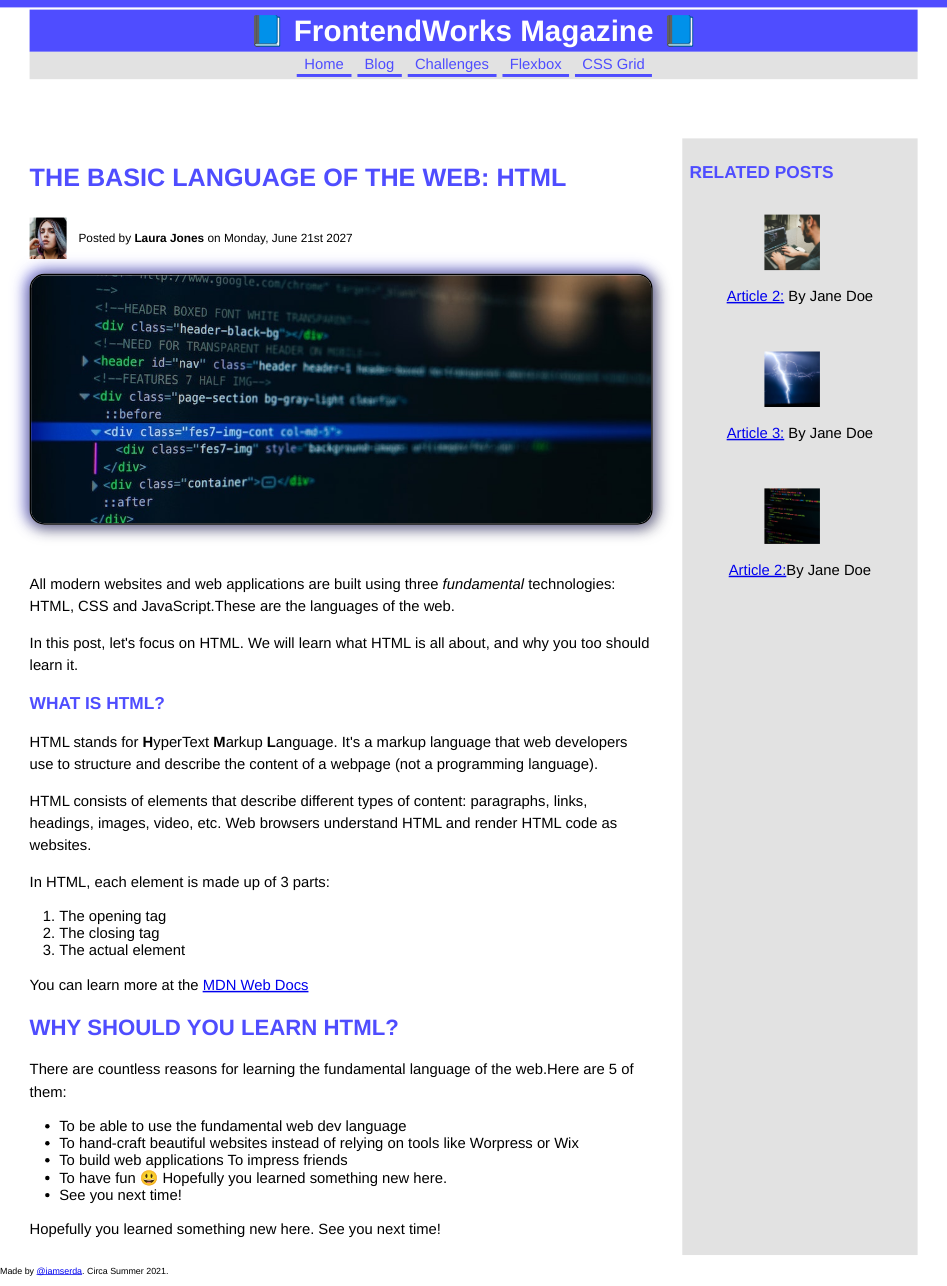
Repository: iamserda/html-css-course
Page: starter/02-HTML-Fundamentals/index.html
These files come from the project's save history. The page is drawn as it stood at one moment and after a run of saves; the edit follows.
The browser window is 1280 px wide. The pictures show the whole page, at 74% of full size.

Above is the page before, as saved 2021-07-17 18:23:35.

### starter/02-HTML-Fundamentals/index.html
<!DOCTYPE html>
<html lang="en">

<head>
    <meta charset="UTF-8" />
    <meta http-equiv="X-UA-Compatible" content="IE=edge" />
    <meta name="viewport" content="width=device-width, initial-scale=1.0" />
    <title>HTML Fundamentals by Laura Jones</title>
    <link href="index.css" rel="stylesheet" />
</head>

<body class="container-col">
    <header>
        <h1 class="brandname">📘 FrontendWorks Magazine 📘</h1>
        <nav>
            <ul>
                <li><a href="index.html">Home</a></li>
                <li><a href="blog/">Blog</a></li>
                <li><a href="challenges/">Challenges</a></li>
                <li><a href="https://css-tricks.com/snippets/css/a-guide-to-flexbox/" target="_blank">Flexbox</a></li>
                <li><a href="https://css-tricks.com/snippets/css/complete-guide-grid/" target="_blank">CSS Grid</a></li>
            </ul>
        </nav>
    </header>
    <main class="container-row">
        <section>
            <article>
                <header class="article-meta">
                    <h1 class="post-title">The Basic Language of the Web: HTML</h1>
                    <div class="author">
                        <img class="author-pic" src="img/laura-jones.jpg" alt="photo of author laura jones" />
                        <p>Posted by <strong>Laura Jones</strong> on Monday, June 21st 2027</p>
                    </div>
                </header>
                <div class="article-content">
                    <img class="post-image" src="img/post-img.jpg" alt="displaying html code." />
                    <p> All modern websites and web applications are built using three
                        <em>fundamental</em> technologies: HTML, CSS and JavaScript.These are the languages of the web.
                    </p>
                    <p>
                        In this post, let's focus on HTML. We will learn what HTML is all about, and why you too should
                        learn it.
                    </p>

                    <h3>What is HTML?</h3>

                    <p>
                        HTML stands for <b>H</b>yperText <b>M</b>arkup <b>L</b>anguage. It's a markup language that web
                        developers use to structure and describe the content of a webpage (not a programming language).
                    </p>

                    <p>
                        HTML consists of elements that describe different types of content: paragraphs, links, headings,
                        images, video, etc. Web browsers understand HTML and render HTML code as websites.
                    </p>

                    <p>In HTML, each element is made up of 3 parts:</p>
                    <ol>
                        <li>The opening tag</li>
                        <li>The closing tag</li>
                        <li>The actual element</li>
                    </ol>
                    <p>
                        You can learn more at the
                        <a href="https://developer.mozilla.org/en-US/" target="_blank">MDN Web Docs</a>
                    </p>
                    <h2>Why should you learn HTML?</h2>
                    <p>There are countless reasons for learning the fundamental language of the web.Here are 5 of them:
                    </p>
                    <ul>
                        <li>To be able to use the fundamental web dev language</li>
                        <li>To hand-craft beautiful websites instead of relying on tools like Worpress or Wix</li>
                        <li>To build web applications To impress friends</li>
                        <li>To have fun 😃 Hopefully you learned something new here.</li>
                        <li>See you next time!</li>
                    </ul>
                    <p>Hopefully you learned something new here. See you next time!</p>
                </div>
            </article>
        </section>
        <aside class="container-col">
            <h3>Related Posts</h3>
            <div class="related container-col">
                <img src="img/related-1.jpg" alt="a programmer writing code.">

                <p><a href="#article2">Article 2:</a> By Jane Doe</p>
            </div>
            <div class="related container-col">
                <img src="img/related-2.jpg" alt="a programmer writing code.">
                <p><a href="#article3">Article 3:</a> By Jane Doe</p>
            </div>
            <div class="related container-col">
                <img src="img/related-3.jpg" alt="a programmer writing code.">
                <p><a href="#article4">Article 2:</a>By Jane Doe</p>
            </div>
        </aside>
    </main>
    <footer>
        <p>Made by <a href="https://twitter.com/iamserda">@iamserda</a>. Circa Summer 2021.</p>
    </footer>
</body>

</html>

### starter/02-HTML-Fundamentals/index.css
* {
    box-sizing: border-box;
}

html {
    font-size: 16px;
}

html,
body {
    margin: 0;
    padding: 0;
}

body {
    font-family: Helvetica, Arial, sans-serif;
    font-size: 1.25rem;
}

body>header {
    border-top: 10px solid rgb(80, 77, 255);
    padding-top: 0.125em;
}

main {
    margin-top: 4em;
}



h1,
h2,
h3,
h4,
h5,
h6 {
    color: rgb(79, 77, 255);
    text-transform: uppercase;
}

main,
.brandname,
nav {
    width: 100%;
    max-width: 1200px;
    margin-left: auto;
    margin-right: auto;
}

.brandname,
nav {
    margin-top: 0;
    margin-bottom: 0;
}

.brandname {
    font-size: 2.5rem;
    text-transform: capitalize;
    text-align: center;
    color: white;
    background-color: rgb(79, 77, 255);
    padding: 0.125em 0;
}

p {
    line-height: 1.5;
}

nav {
    margin-top: 0;
    background-color: rgb(226, 226, 226);
}

nav ul {
    padding: 0.125em;
    margin: 0 auto;
    width: fit-content;

}

nav li {
    list-style: none;
    border-bottom: 4px solid rgb(79, 77, 255);
    padding: 0.125em 0.5em;
    margin-left: 0.125em;
    display: inline-block;
    color: rgb(79, 77, 255);
}

nav a {
    display: block;
    text-decoration: none;
    color: inherit;
    width: 100%;
    height: auto;
}

nav li:hover {
    background-color: rgb(79, 77, 255);
    border-bottom: 4px solid white;
    color: white;
}

nav li:hover a {
    color: white;
}

main section {
    width: 80%;
    margin-right: 2em;
}

aside {
    width: 30%;
    max-width: 500px;
    margin-right: auto;
    background-color: rgb(226, 226, 226);
    padding: 0.5em;
}

aside>div {
    margin: 1em auto
}

footer p {
    font-size: 0.75rem;
}

/* Layout */
.container-row {
    display: flex;
    flex-flow: row nowrap;
}

.container-col {
    display: flex;
    flex-flow: column nowrap;
}

.article-meta {
    margin-bottom: 1em;
}

.author {
    display: flex;
    flex-flow: row nowrap;
    width: 100%;
    justify-content: flex-start;
    font-size: 1rem;
}

.related {
    max-width: 300px;
}

.related img {
    width: 100%;
    max-width: 75px;
    margin-right: 1em;
    align-self: center;
}

.post-title {
    color: rgb(79, 77, 255);
    text-align: left;
    font-size: 2.125rem;
}

.post-image {
    width: 100%;
    max-width: 960px;
    height: auto;
    border: 2px solid rgb(0, 0, 0);
    box-shadow: 0 0 18px 2px rgba(0, 0, 0, 0.5);
    box-shadow: 3px 3px 18px 4px rgba(26, 26, 26, 0.507),
        -3px -3px 18px 4px rgba(79, 77, 255, 0.507);
    border-radius: 20px;
    margin-bottom: 2em;
}

.author-pic {
    width: 100%;
    max-width: 50px;
    margin-right: 1em;
}

After the next 2 saves:
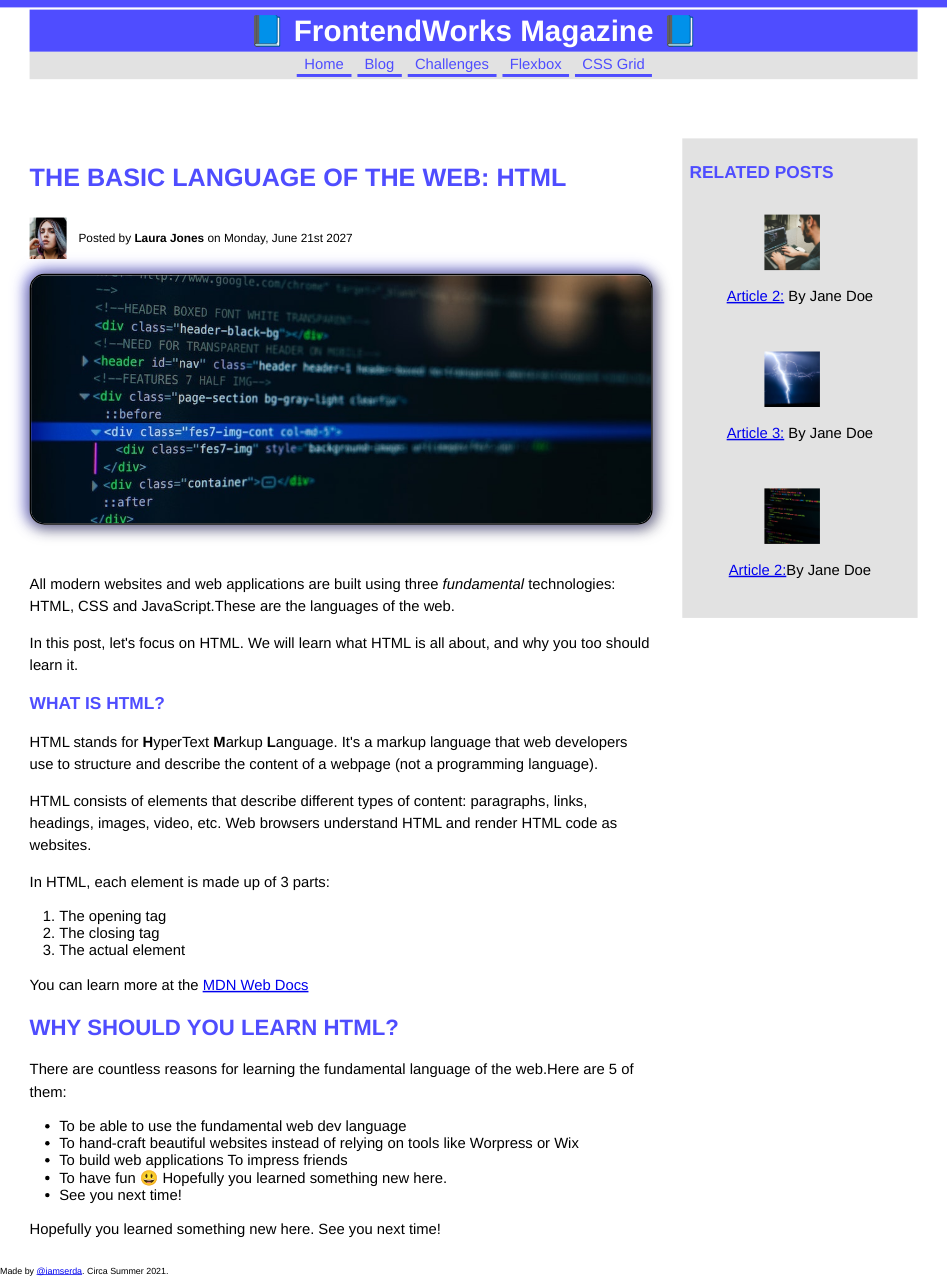
The 2 saves are shown as one change because they came seconds apart.
The last was saved 16 s later.
--- a/starter/02-HTML-Fundamentals/index.css
+++ b/starter/02-HTML-Fundamentals/index.css
@@ -116,6 +116,7 @@ aside {
     margin-right: auto;
     background-color: rgb(226, 226, 226);
     padding: 0.5em;
+    height: fit-content;
 }
 
 aside>div {
